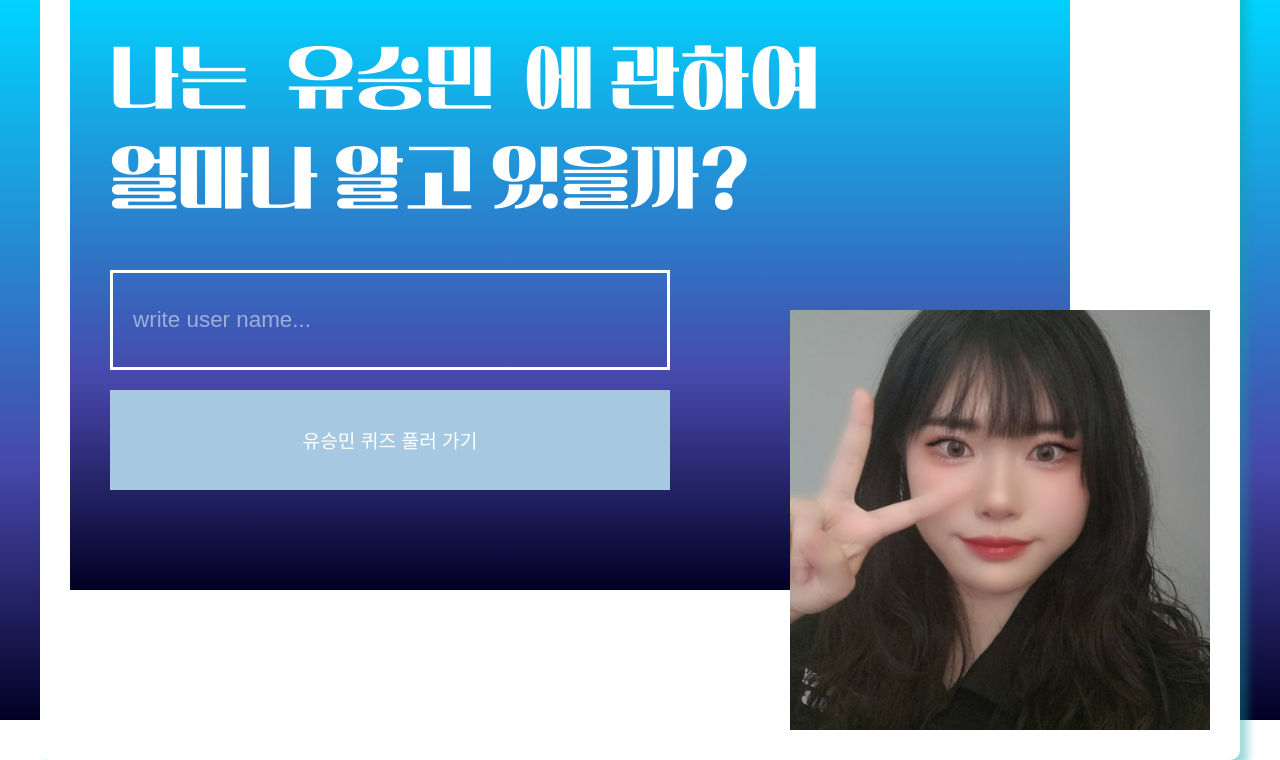
Repository: dnjfht/quiz3
Page: /
These files come from the project's save history. The page is drawn as it stood at one moment and after a run of saves; the edit follows.
The browser window is 1280 px wide. The pictures show the whole page.
The project was rebuilt for these pictures with package versions that can differ from the ones it lists, and the page was loaded fresh each time. Also part of the build but not shown: src/components/Progress.js, src/components/Quiz.js, src/components/Score.js, src/components/Message.js, src/components/Ranking.js, src/components/NotPage.js.

Above is the page before, as saved 2023-04-15 23:42:14.

### src/index.js
import React from "react";
import ReactDOM from "react-dom/client";
import "./index.css";
import App from "./App";
import reportWebVitals from "./reportWebVitals";
import { BrowserRouter } from "react-router-dom";
import { Provider } from "react-redux";
import store from "./redux/config/configStore";

const root = ReactDOM.createRoot(document.getElementById("root"));
root.render(
  <Provider store={store}>
    <BrowserRouter>
      <App />
    </BrowserRouter>
  </Provider>
);

// If you want to start measuring performance in your app, pass a function
// to log results (for example: reportWebVitals(console.log))
// or send to an analytics endpoint. Learn more: https://bit.ly/CRA-vitals
reportWebVitals();

### src/index.css
body {
  margin: 0;
  font-family: -apple-system, BlinkMacSystemFont, "Segoe UI", "Roboto", "Oxygen",
    "Ubuntu", "Cantarell", "Fira Sans", "Droid Sans", "Helvetica Neue",
    sans-serif;
  -webkit-font-smoothing: antialiased;
  -moz-osx-font-smoothing: grayscale;
}

code {
  font-family: source-code-pro, Menlo, Monaco, Consolas, "Courier New",
    monospace;
}

@font-face {
  font-family: "ddalgifont";
  src: url("./fonts/고령딸기체+TTF.ttf");
}

@font-face {
  font-family: "chabfont";
  src: url("./fonts/chab.ttf");
}

@font-face {
  font-family: "ddagfont";
  src: url("./fonts/ddag.ttf");
}

### src/App.js
import styled from "styled-components";
import Router from "./shared/Router";

const Wrap = styled.div`
  width: 100%;
  height: 100vh;
  background: rgb(2, 0, 36);
  background: linear-gradient(
    0deg,
    rgba(2, 0, 36, 1) 0%,
    rgba(71, 71, 170, 1) 35%,
    rgba(0, 212, 255, 1) 100%
  );

  position: relative;
`;

const ContentWrap = styled.div`
  width: 1200px;
  height: 800px;
  padding: 30px;
  box-sizing: border-box;
  background-color: white;
  border-radius: 10px;
  box-shadow: 8px 8px 8px rgba(21, 159, 161, 0.4);

  position: absolute;
  top: 50%;
  margin-top: -400px;
  left: 50%;
  margin-left: -600px;
`;

function App() {
  return (
    <Wrap>
      <ContentWrap>
        <Router />
      </ContentWrap>
    </Wrap>
  );
}

export default App;

### src/redux/config/configStore.js
import { combineReducers, createStore, applyMiddleware } from "redux";
import thunk from "redux-thunk";
import quiz from "../modules/quiz";
import rank from "../modules/rank";

const middlewares = [thunk];
// 미들웨어들도 하나로 묶어줘야 힘.

const rootReducer = combineReducers({
  quiz: quiz,
  rank: rank,
});

const enhancer = applyMiddleware(...middlewares);
// reducer 말고 옵셔널하게 추가하는 애들의 모음.
// 여기 미들웨어를 적용해 넣을 거임.

const store = createStore(rootReducer, enhancer);
export default store;

### src/shared/Router.js
import React from "react";
import { Routes, Route } from "react-router-dom";
import Start from "../components/Start";
import Quiz from "../components/Quiz";
import Score from "../components/Score";
import Message from "../components/Message";
import Ranking from "../components/Ranking";
import NotPage from "../components/NotPage";

export default function Router() {
  return (
    <>
      <Routes>
        <Route path="/" element={<Start />} />
        <Route path="/quiz" element={<Quiz />} />
        <Route path="/score" element={<Score />} />
        <Route path="/message" element={<Message />} />
        <Route path="/ranking" element={<Ranking />} />
        <Route path="*" element={<NotPage />} />
      </Routes>
    </>
  );
}

### src/redux/modules/quiz.js
// action value
const ADDUSERANSWER = "add_user_answer";
const RESETUSERANSWER = "reset_user_answer";

// action creator

export const AddUserAnswer = (payload) => {
  return {
    type: ADDUSERANSWER,
    payload: payload,
  };
};

export const ResetUserAnswer = (payload) => {
  return {
    type: RESETUSERANSWER,
    payload: payload,
  };
};

// initialState
const initialState = {
  name: "유승민",
  quiz_list: [
    {
      image: "assets/1.png",
      quiz: "승민의 mbti는 intj다?",
      answer: false,
    },
    {
      image: "assets/2.png",
      quiz: "승민은 공감을 잘해주는 사람을 좋아한다?",
      answer: true,
    },
    {
      image: "assets/3.png",
      quiz: "승민은 사람들이랑 대화하고 알아가는 것을 즐긴다?",
      answer: true,
    },
    {
      image: "assets/4.png",
      quiz: "승민은 자기개발하는걸 좋아한다?",
      answer: true,
    },
    {
      image: "assets/5.png",
      quiz: "승민의 관심있을 때 하는 행동은 선톡을 하는 것이다?",
      answer: true,
    },
    {
      image: "assets/6.png",
      quiz: "승민은 불같은 연애보다 서로 믿고 의지할 수 있는 연애를 선호한다?",
      answer: true,
    },
    {
      image: "assets/7.png",
      quiz: "승민은 계획을 세우고 차근차근 계획에 옮기는걸 선호한다?",
      answer: true,
    },
    {
      image: "assets/8.png",
      quiz: "승민은 놀이기구 타는 것을 좋아한다?",
      answer: false,
    },
    {
      image: "assets/9.png",
      quiz: "승민은 고1 때부터 흡연을 했다?",
      answer: false,
    },
    {
      image: "assets/10.png",
      quiz: "승민은 소개팅을 나간 적이 있다?",
      answer: false,
    },
    {
      image: "assets/11.png",
      quiz: "승민은 소개팅과 같은 인위적인 만남을 좋아한다?",
      answer: false,
    },
    {
      image: "assets/12.png",
      quiz: "승민은 연인과 갈등이 있을 때 대화로 푸는 것을 선호한다?",
      answer: true,
    },
    {
      image: "assets/13.png",
      quiz: "승민은 연애할 때 항상 상대방의 기분이 우선이다?",
      answer: true,
    },
    {
      image: "assets/14.png",
      quiz: "승민은 좋아하는 사람에게 선물주는 것을 좋아한다?",
      answer: true,
    },
    {
      image: "assets/15.png",
      quiz: "승민은 감수성이 풍부해서 슬픈 영화나 만화를 보고 잘 운다?",
      answer: true,
    },
    {
      image: "assets/16.png",
      quiz: "승민은 본래 무뚝뚝한 성격이다?",
      answer: true,
    },
    {
      image: "assets/17.png",
      quiz: "승민의 노래방 18번곡은 나비무덤이다?",
      answer: false,
    },
    {
      image: "assets/18.png",
      quiz: "승민은 핫플을 돌아다니면서 맛집 탐방을 하고 사진 찍는 데이트를 선호한다?",
      answer: true,
    },
    {
      image: "assets/19.png",
      quiz: "승민은 연애할 때 꽃이나 편지 받는걸 좋아한다?",
      answer: true,
    },
    {
      image: "assets/20.png",
      quiz: "승민은 번호를 따인 적이 있다?",
      answer: false,
    },
  ],
  user_answer: [],
  result_text: {
    40: "나랑 친하지 않은가보군?😑",
    60: "나랑 좀 더 친해져야겠다🙃",
    80: "내적 친밀감 80퍼센트!😎",
    100: "뭐야, 넌 내 소울메이트...!?💖",
  },
};

// reducer

const quiz = (state = initialState, action) => {
  switch (action.type) {
    case ADDUSERANSWER: {
      const newUserAnswer = [...state.user_answer, action.payload];
      return { ...state, user_answer: newUserAnswer };
    }
    case RESETUSERANSWER: {
      return { ...state, user_answer: [] };
    }
    default:
      return state;
  }
};

export default quiz;

### src/redux/modules/rank.js
import { db } from "../../firebase";
import {
  collection,
  getDocs,
  addDoc,
  doc,
  updateDoc,
  deleteDoc,
  getDoc,
} from "firebase/firestore";

// action value
const ADDUSERNAME = "add_user_name";
const GETRANK = "get_rank";
const ADDRANK = "add_rank";

// action creator
export const GetRank = (payload) => {
  return {
    type: GETRANK,
    payload: payload,
  };
};

export const AddUserName = (payload) => {
  return {
    type: ADDUSERNAME,
    payload: payload,
  };
};

export const AddRank = (payload) => {
  return {
    type: ADDRANK,
    payload: payload,
  };
};

export const loadQuizFB = () => {
  return async function (dispatch) {
    const quiz_data = await getDocs(collection(db, "quiz"));
    console.log(quiz_data);

    let quiz_list = [];

    quiz_data.forEach((doc) => {
      console.log(doc.data());
      quiz_list.push({ id: doc.id, ...doc.data() });
    });

    console.log(quiz_list);

    dispatch(GetRank(quiz_list));
  };
};

export const addQuizFB = (payload) => {
  return async function (dispatch) {
    const docRef = await addDoc(collection(db, "quiz"), payload);
    // const _quiz = await getDoc(docRef);
    // const quiz = { id: _quiz.id, ..._quiz.data() };
    // dispatch(AddRank(quiz));

    // 추가한 데이터 중 id를 가져와서 bucket_data 만들기.
    // const bucket_data = { id: docRef.id, ...payload };
    // // 마지막으로 액션 일으키기 (수정해달라고 요청)
    // dispatch(createWidget(bucket_data));
  };
};

// initialState
const initialState = {
  user_name: "",
  rank: [
    // { score: 100, name: "방가방가", comment: "다들 잘생겼다" },
    // { score: 40, name: "이하늘", comment: "너무 어려운데..." },
    // { score: 60, name: "오하요~!", comment: "잘 생긴 사람이 곧 이상형" },
  ],
};

// reducer
const rank = (state = initialState, action) => {
  switch (action.type) {
    case GETRANK: {
      console.log(action.payload);
      return { ...state, rank: action.payload };
    }
    case ADDUSERNAME: {
      return { ...state, user_name: action.payload };
    }
    case ADDRANK: {
      const new_rank_data = [...state.rank, action.payload];
      return { ...state, rank: new_rank_data };
    }
    default:
      return state;
  }
};
export default rank;

### src/components/Start.js
import React from "react";
import styled from "styled-components";
import { useRef } from "react";
import { useDispatch, useSelector } from "react-redux";
import { useNavigate } from "react-router-dom";
import { AddUserName } from "../redux/modules/rank";

const Wrap = styled.div`
  width: 100%;
  height: 100%;
`;

const Square = styled.div`
  width: 1000px;
  height: 600px;
  padding: 40px;
  box-sizing: border-box;
  background: rgb(2, 0, 36);
  background: linear-gradient(
    0deg,
    rgba(2, 0, 36, 1) 0%,
    rgba(71, 71, 170, 1) 35%,
    rgba(0, 212, 255, 1) 100%
  );
  display: flex;
  flex-direction: column;
  align-items: flex-start;

  position: relative;
`;

const Title = styled.h3`
  margin: 0;

  font-family: "ddagfont";
  font-size: 4.6rem;
  font-weight: lighter;
  color: #fff;

  & > span {
    margin-right: 10px;
    padding: 10px 20px;
    #a6c9e1
    border-radius: 10px;
  }
`;

const ImgWrap = styled.img`
  width: 420px;
  height: 420px;

  position: absolute;
  bottom: -140px;
  right: -140px;
`;

const UserNameInput = styled.input`
  width: 560px;
  height: 100px;
  margin-top: 40px;
  padding: 20px;
  box-sizing: border-box;
  background-color: transparent;
  border: 3px solid #fff;

  color: white;
  font-size: 1.4rem;

  outline: none;

  &::placeholder {
    color: rgba(255, 255, 255, 0.5);
  }
`;

const Button = styled.button`
  width: 560px;
  height: 100px;
  margin-top: 20px;
  background-color: #a6c9e1;
  border: none;

  font-size: 1.2rem;
  color: white;

  transition: all 0.5s;

  &:hover {
    background-color: white;
    border: 3px solid #1eaddb;

    color: #1eaddb;
    font-weight: 400;

    cursor: pointer;
  }
`;

export default function Start() {
  const dispatch = useDispatch();
  const navigate = useNavigate();

  const name = "유승민";

  const randomNumber = Math.floor(Math.random() * 10) + 10;

  const userNameInputRef = useRef(null);

  const handleAddUserName = (event) => {
    event.preventDefault();

    dispatch(AddUserName(userNameInputRef.current.value));

    userNameInputRef.current.value = "";

    navigate("/quiz");
  };

  const quiz_list = useSelector((state) => state.quiz.quiz_list);

  return (
    <Wrap>
      <Square>
        <Title>
          나는 <span>{name}</span>에 관하여
          <br />
          얼마나 알고 있을까?
        </Title>

        <ImgWrap
          src={process.env.PUBLIC_URL + `${quiz_list[randomNumber].image}`}
        />

        <UserNameInput
          type="text"
          placeholder="write user name..."
          ref={userNameInputRef}
        />

        <Button onClick={handleAddUserName}>{`${name} 퀴즈 풀러 가기`}</Button>
      </Square>
    </Wrap>
  );
}

### src/firebase.js
// Import the functions you need from the SDKs you need
import { initializeApp } from "firebase/app";
import { getFirestore } from "firebase/firestore";
// TODO: Add SDKs for Firebase products that you want to use
// https://firebase.google.com/docs/web/setup#available-libraries

// Your web app's Firebase configuration
// For Firebase JS SDK v7.20.0 and later, measurementId is optional
const firebaseConfig = {
  apiKey: "AIzaSyAQCzx3TeRMhfQ14uI1xPuxKIeyOukr2zs",
  authDomain: "seungmin-s-quiz2.firebaseapp.com",
  projectId: "seungmin-s-quiz2",
  storageBucket: "seungmin-s-quiz2.appspot.com",
  messagingSenderId: "764474150624",
  appId: "1:764474150624:web:e3932df48db64f86c44a85",
  measurementId: "G-NK0EYYQQFF",
};

// Initialize Firebase
const app = initializeApp(firebaseConfig);
export const db = getFirestore(app);

Loaded but not shown: public/index.html (common file); src/reportWebVitals.js (common file)

After the next 2 saves:
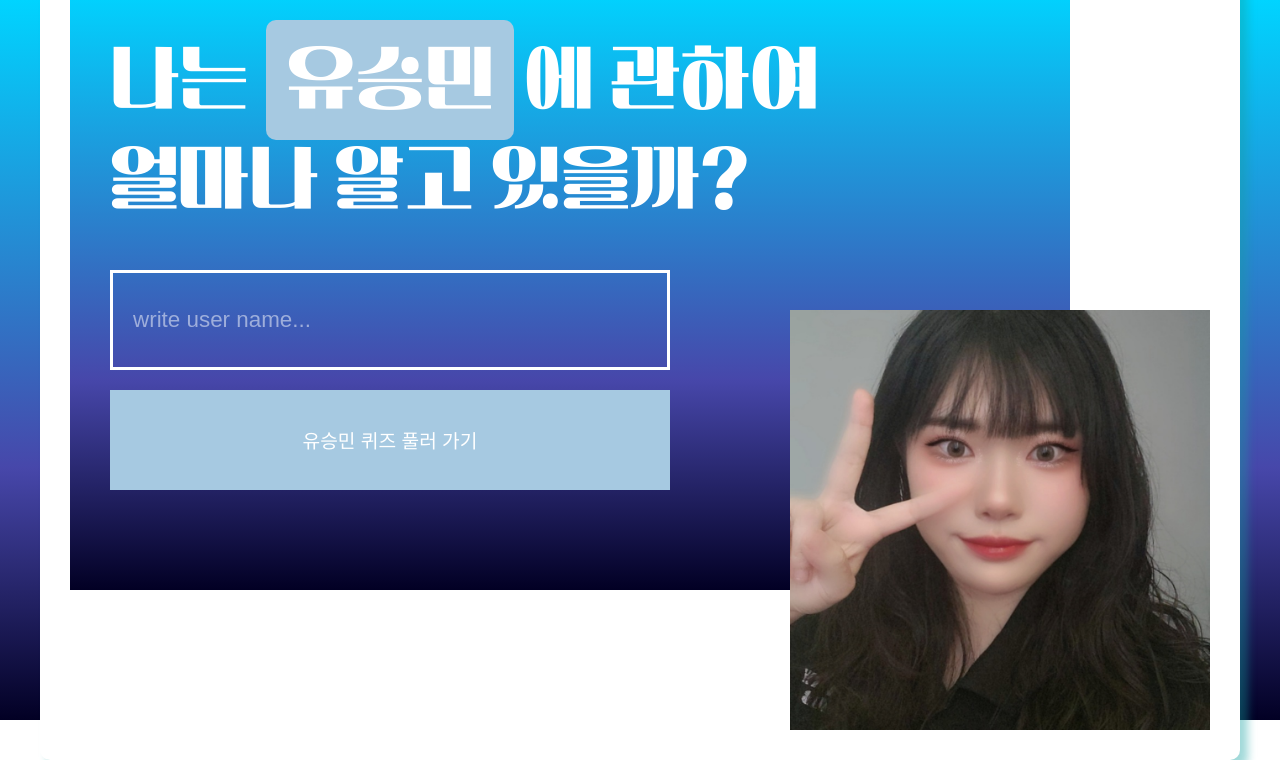
The 2 saves are shown as one change because they came seconds apart.
The last was saved 10 s later.
--- a/src/components/Start.js
+++ b/src/components/Start.js
@@ -40,7 +40,7 @@ const Title = styled.h3`
   & > span {
     margin-right: 10px;
     padding: 10px 20px;
-    #a6c9e1
+    background: #a6c9e1;
     border-radius: 10px;
   }
 `;
